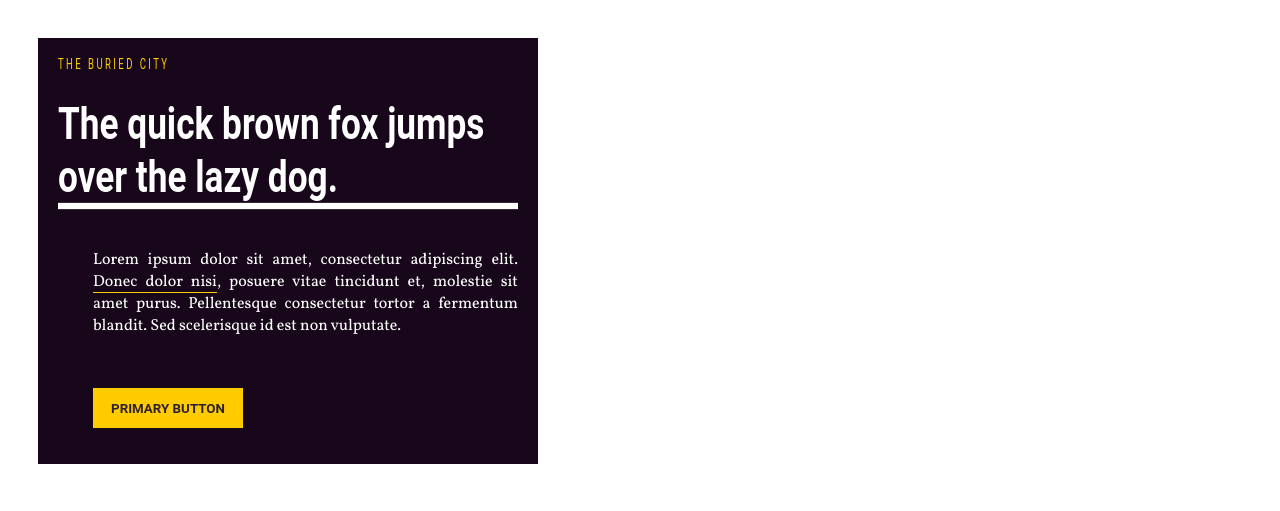
Repository: rafigabriel/TP2---Web-I
Page: ex03-css/index.html
These files come from the project's save history. The page is drawn as it stood at one moment and after the next save; the edit follows.
The browser window is 1280 px wide. The pictures show the whole page.

Above is the page before, as saved 2024-09-09 18:26:28.

### ex03-css/index.html
<!DOCTYPE html>
<html lang="pt-br">
    <head>
        <meta charset="UTF-8">
        <meta name="viewport" content="width=device-width, initial-scale=1.0">
        <title>Exercicio 3</title>
        <link rel="stylesheet" href="style.css">
        <link rel="preconnect" href="https://fonts.googleapis.com">
        <link rel="preconnect" href="https://fonts.gstatic.com" crossorigin>
        <link
            href="https://fonts.googleapis.com/css2?family=Roboto+Condensed:ital,wght@0,100..900;1,100..900&display=swap"
            rel="stylesheet">
        <link rel="preconnect" href="https://fonts.googleapis.com">
        <link rel="preconnect" href="https://fonts.gstatic.com" crossorigin>
        <link
            href="https://fonts.googleapis.com/css2?family=Vollkorn:ital,wght@0,400..900;1,400..900&display=swap"
            rel="stylesheet">

    </head>
    <body>
        <div id="container">
            <p id="secao">The buried city</p>
            <h1>The quick brown fox jumps over the lazy dog.</h1>
            <p>Lorem ipsum dolor sit amet, consectetur adipiscing elit. <a
                    id="link"
                    href="#">Donec dolor nisi</a>, posuere vitae tincidunt et,
                molestie sit amet purus. Pellentesque consectetur tortor a
                fermentum
                blandit. Sed scelerisque id est non vulputate.</p>
            <p>
                <button>Primary button</button>
            </p>

        </div>

    </body>
</html>

### ex03-css/style.css
body{
    width: 500px;
    color: #231900;
    padding: 30px;
}

#container{
    background-color: #18071B;
    padding: 20px;
}

h1{
    font-size: 2.2em;
    font-family: "Roboto", sans-serif;
    font-style: normal;
    font-weight: 700;
    color: white;
    margin-bottom: 7px;
    margin-top: 40px;
    border-bottom: 5px solid white;
    transform: scale(1,1.25);
}
p{
    text-align: justify;
    padding: 35px;
    padding-right: 0;
    padding-bottom: 0;
    font-family: "Vollkorn", serif;
    font-weight: 400;
    font-style: normal;
    font-size: 1em;
    color: white;
}

#secao{
    padding: 0;
    font-family: "Roboto", sans-serif;
    font-style: normal;
    font-weight: 400;
    font-size: 0.6em;
    color: #FFCC00;
    letter-spacing: 0.25em;
    margin-top: auto;
    text-transform: uppercase;
    transform: scale(1,1.5);
}

#link{
    font-family: "Vollkorn", serif;
    font-weight: 400;
    color: white;
    text-decoration: underline;
    text-decoration-color: #FFCC00;
    text-decoration-thickness:1px ;
    text-underline-offset: 6px;
}

button{
    display: block;
    background-color: #FFCC00;
    color: #2F2032;
    width: 150px;
    height: 40px;
    border: none;
    font-weight: 700;
    margin-top: 0px;
    font-family: "Roboto", sans-serif;
    text-transform: uppercase;
    text-align: center;
    margin-bottom: 0px;
}

After the next save:
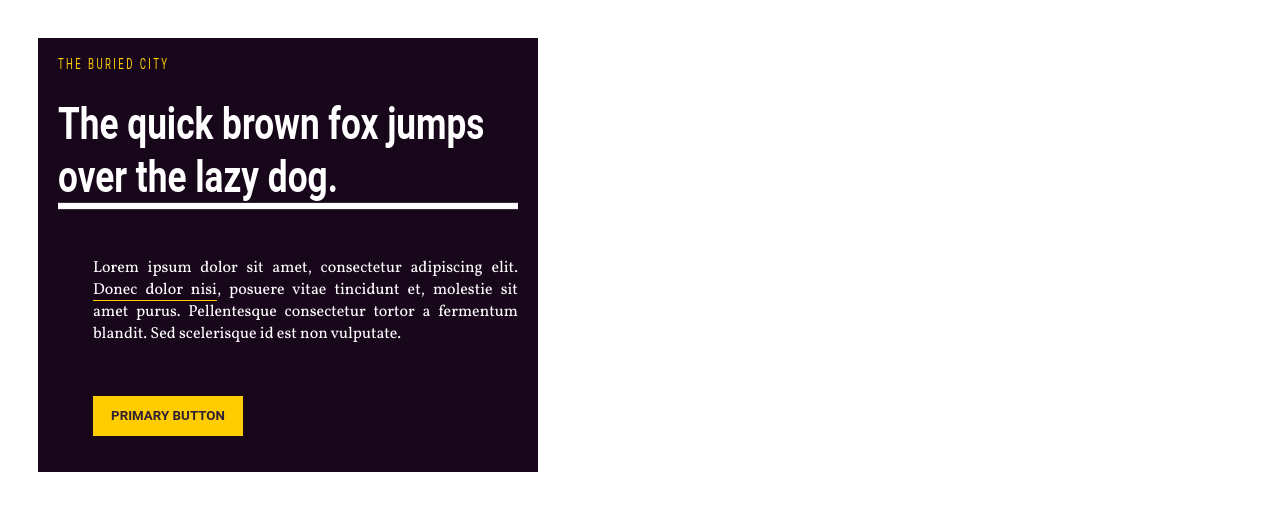
Saved 4 s later.
--- a/ex03-css/style.css
+++ b/ex03-css/style.css
@@ -15,7 +15,7 @@ h1{
     font-style: normal;
     font-weight: 700;
     color: white;
-    margin-bottom: 7px;
+
     margin-top: 40px;
     border-bottom: 5px solid white;
     transform: scale(1,1.25);
